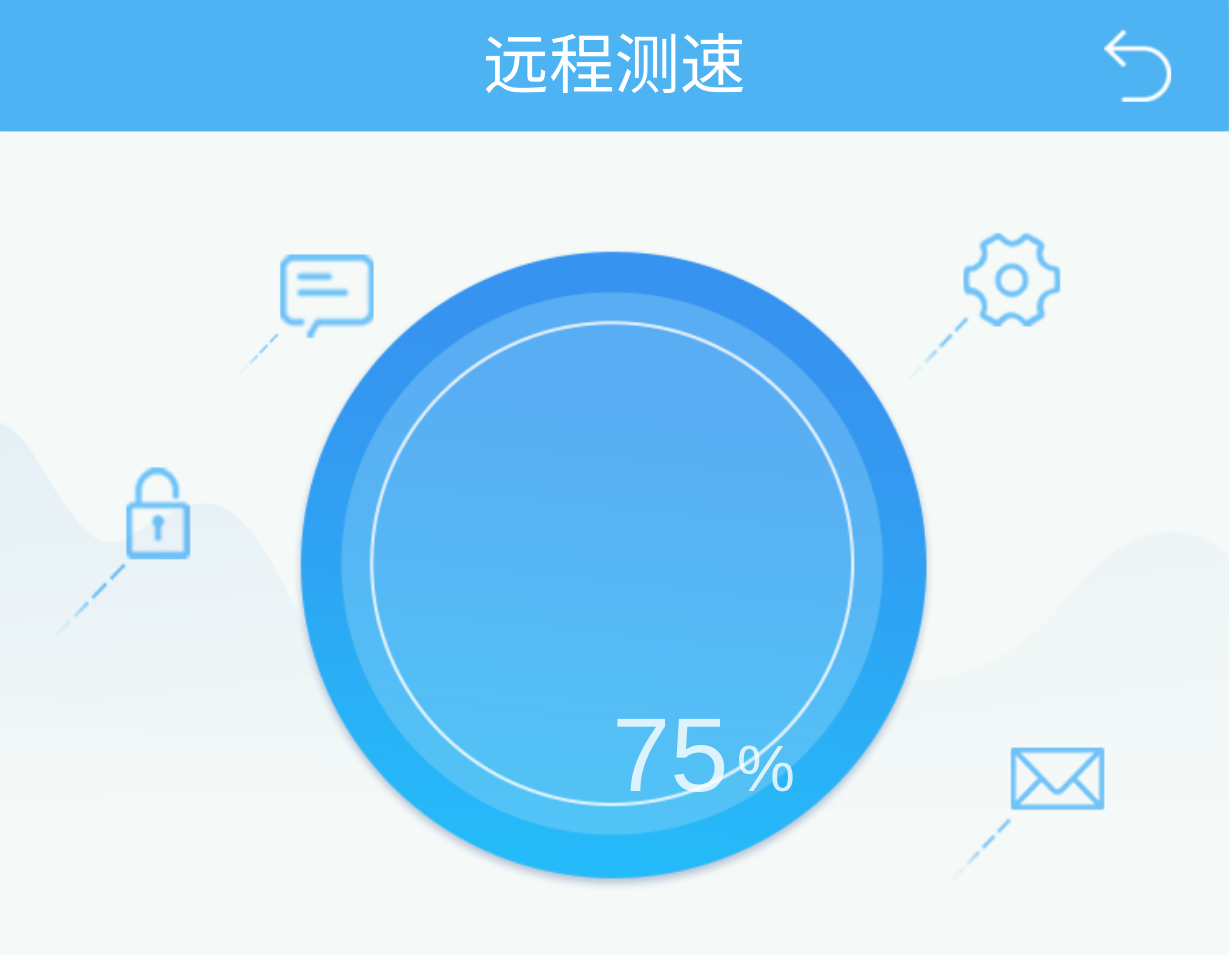
Repository: wangbiaozy/8.24
Page: index_test1.html
The author's editor kept a copy of each file at every save. The page is drawn from the files as they stood at one save, then again after the next save.
The browser window is 1280 px wide. The pictures show the whole page, at 96% of full size.

Above is the page before, as saved 2018-08-23 18:22:14.

### index_test1.html
<!DOCTYPE html>
<html lang="en">
<head>
    <meta charset="UTF-8">
    <meta name="viewport"
          content="width=device-width, user-scalable=no, initial-scale=1.0, maximum-scale=1.0, minimum-scale=1.0">
    <title>Title</title>
    <link rel="stylesheet" href="css/reset.min.css">
    <link rel="stylesheet/less" href="css/styles_test1.less">
    <script src="js/less-1.7.0.min.js"></script>
</head>
<body>
    <header>
        <p>远程测速</p>
        <a class="back" href="javascript:void(0)"></a>
    </header>
    <main>
        <div class="circle">
            <div class="progress_1">
                <p><span>75</span>%</p>
            </div>
        </div>
    </main>
</body>
</html>
<script src="js/jquery-1.10.1.min.js"></script>
<script src="js/circle-progress.min.js"></script>
<script src="js/index.js"></script>

### css/reset.min.css
@charset "utf-8";
/*默认样式清除和初始化*/
body,h1,h2,h3,h4,h5,h6,hr,p,blockquote,dl,dt,dd,ul,ol,li,button,input,textarea,th,td{margin:0;padding:0}body{font-size:12px;font-style:normal;font-family:"\5FAE\8F6F\96C5\9ED1",Helvetica,sans-serif}small{font-size:12px}h1{font-size:18px}h2{font-size:16px}h3{font-size:14px}h4,h5,h6{font-size:100%}ul,ol{list-style:none}a{text-decoration:none;background-color:transparent}a:hover,a:active{outline-width:0;text-decoration:none}table{border-collapse:collapse;border-spacing:0}hr{border:0;height:1px}img{border-style:none}img:not([src]){display:none}svg:not(:root){overflow:hidden}html{-webkit-touch-callout:none;-webkit-text-size-adjust:100%}input,textarea,button,a{-webkit-tap-highlight-color:rgba(0,0,0,0)}article,aside,details,figcaption,figure,footer,header,main,menu,nav,section,summary{display:block}audio,canvas,progress,video{display:inline-block}audio:not([controls]),video:not([controls]){display:none;height:0}progress{vertical-align:baseline}mark{background-color:#ff0;color:#000}sub,sup{position:relative;font-size:75%;line-height:0;vertical-align:baseline}sub{bottom:-0.25em}sup{top:-0.5em}button,input,select,textarea{font-size:100%;outline:0}button,input{overflow:visible}button,select{text-transform:none}textarea{overflow:auto}button,html [type="button"],[type="reset"],[type="submit"]{-webkit-appearance:button}button::-moz-focus-inner,[type="button"]::-moz-focus-inner,[type="reset"]::-moz-focus-inner,[type="submit"]::-moz-focus-inner{border-style:none;padding:0}button:-moz-focusring,[type="button"]:-moz-focusring,[type="reset"]:-moz-focusring,[type="submit"]:-moz-focusring{outline:1px dotted ButtonText}[type="checkbox"],[type="radio"]{box-sizing:border-box;padding:0}[type="number"]::-webkit-inner-spin-button,[type="number"]::-webkit-outer-spin-button{height:auto}[type="search"]{-webkit-appearance:textfield;outline-offset:-2px}[type="search"]::-webkit-search-cancel-button,[type="search"]::-webkit-search-decoration{-webkit-appearance:none}::-webkit-input-placeholder{color:inherit;opacity:.54}::-webkit-file-upload-button{-webkit-appearance:button;font:inherit}.clear:after{display:block;height:0;content:"";clear:both}
*{ -webkit-tap-highlight-color: rgba(0,0,0,0);-webkit-tap-highlight-color: transparent; /* For some Androids */ }

### js/index.js
(function (doc, win) {
    var docEl = doc.documentElement,
        resizeEvt = 'orientationchange' in window ? 'orientationchange' : 'resize',
        recalc = function () {
            var clientWidth = docEl.clientWidth;
            if (!clientWidth) return;
            docEl.style.fontSize = 100 * (clientWidth / 750) + 'px';
        };
    if (!doc.addEventListener) return;
    win.addEventListener(resizeEvt, recalc, false);
    doc.addEventListener('DOMContentLoaded', recalc, false);
})(document, window);
$(function () {

    //首页一键体检
    $('#beforeBtn').on('click',function(){
        $('.before').hide();
        $('.check').show();
        $('.progress').circleProgress({
            value: 1,
            size: 115,
            startAngle: Math.PI/2,
            thickness: 14,
            animation: {duration:12000},//进度条完成时间（ms）
            fill: {
                gradient: ["#32edfd"]
            },
            //circle-animation-start：	function(event)-event - jQ事件
            //circle-animation-progress：	function(event, animationProgress, stepValue)：-event - jQ事件 animationProgress - 从0.0到1.0stepValue - 当前的步长值，从0.0到value
            //circle-animation-end:	function(event)：-event - jQ事件
        }).on('circle-animation-progress', function (event, progress, stepValue) {
                $(this).find('span').html(parseInt(stepValue.toFixed(2) * 100));
        }).on('circle-animation-end',function(){
            $('.message').removeClass('move');
            stop();
            $('.check').hide();
            $('.result').show();
        });
        start();
        messageMove();
    });

    //远程测速


    //检查项滚动
    var messageInnerText = '1111';
    function messageScroll(){
        $('.message').children('li:first-child').remove();
        $('.message').append('<li>'+messageInnerText+'</li>');
        if(!$('.message').hasClass('move')){
            window.clearInterval(timer);
        }
    }
    function messageMove(){
        timer = window.setInterval(messageScroll,500);
    }


    //检测时间
    var hour,minute,second;
    hour=minute=second=0;
    var millisecond=0;
    var int;
    function start(){
        int=setInterval(times,50);
    }
    function times(){
        millisecond=millisecond+50;
        if(millisecond>=1000){
            millisecond=0;
            second=second+1;
        }
        if(second>=60){
            second=0;
            minute=minute+1;
        }

        if(minute>=60){
            minute=0;
            hour=hour+1;
        }
      $('#timeText').text((hour<10?"0"+hour:hour)+':'+(minute<10?"0"+minute:minute)+':'+(second<10?"0"+second:second));
    }
    function stop(){
        window.clearInterval(int);
    }


    //查看详细清单下拉
    $('.arrow').on('click',function(){
        var $this = $(this),
            $listBox = $(this).siblings('div');
        $listBox.slideToggle("normal",function(){
            if($listBox.css('display') === 'block'){
                $this.addClass('act');
                $this.siblings('p').css('opacity','0');
            }else{
                $this.removeClass('act');
                $this.siblings('p').css('opacity','1');
            }
        });
    });



    //网关重启 WIFI开关 LED指示灯开关 查看黑名单
    $('#controlBox').on('click','a',function(){
        var $this = $(this);
        if($this.hasClass('off')){
            $this.removeClass('off');
        }else{
            $this.addClass('off');
        }
    });

    $('#look_blacklist').on('click',function(){
        $('.blacklistModel').show();
    });

    //返回
    $('.back').on('click',function(){
        window.history.go(-1);
    });
    //关闭弹窗
    $('.close').on('click',function(){
        $(this).parent().hide();
        hideMask();
    });
    //显示遮罩层
    function showMask(){
        $("#mask").css("height",$(document).height());
        $("#mask").css("width",$(document).width());
        $("#mask").show();
        $('body').css('position','fixed');
    }
    //隐藏遮罩层
    function hideMask(){
        $("#mask").hide();
        $('body').css('position','unset');
    }
});

Loaded but not shown: js/less-1.7.0.min.js (library); js/jquery-1.10.1.min.js (library); js/circle-progress.min.js (library)

After the next save:
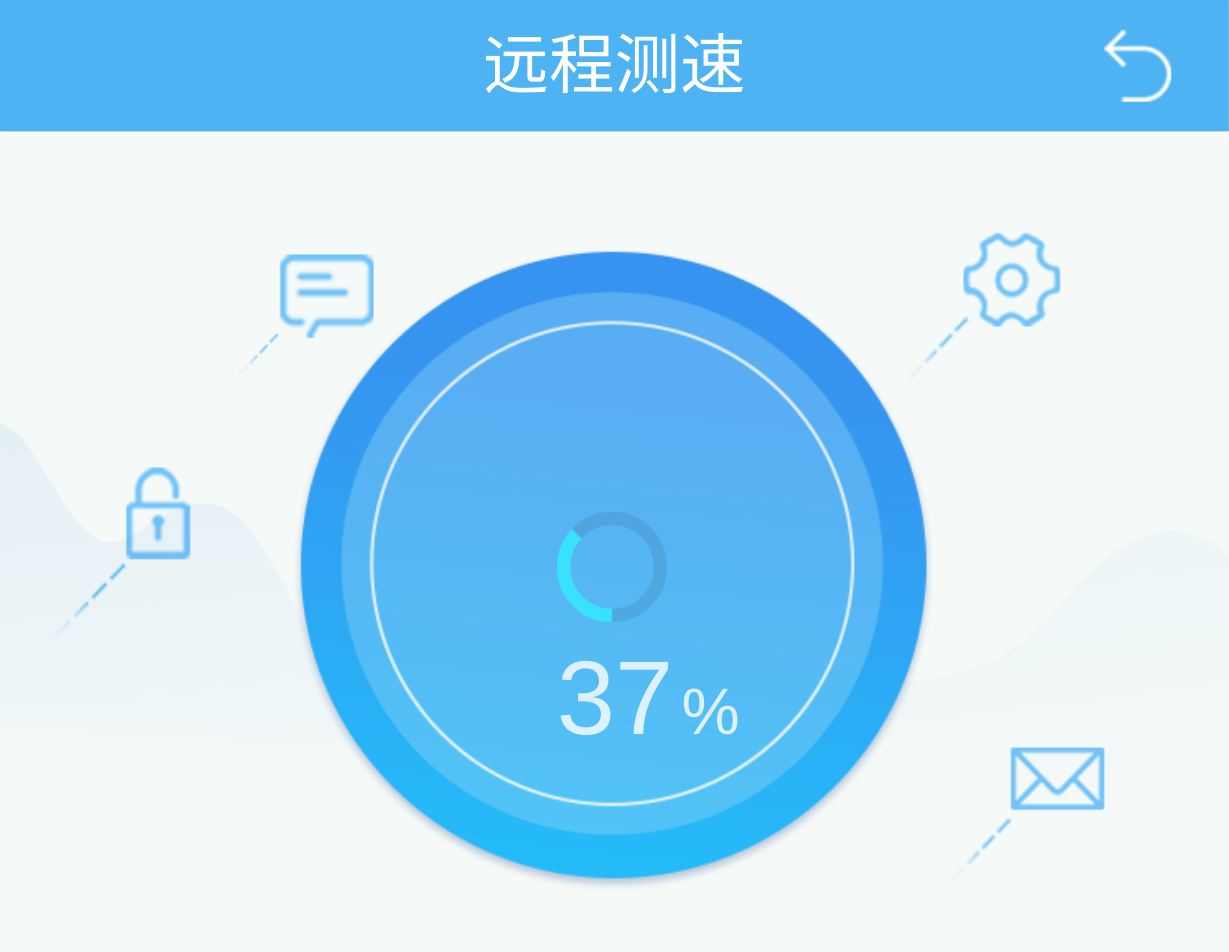
Saved 67 s later.
--- a/js/index.js
+++ b/js/index.js
@@ -41,7 +41,26 @@ $(function () {
     });
 
     //远程测速
-
+    $('.progress_1').circleProgress({
+        value: 1,
+        size: 115,
+        startAngle: Math.PI/2,
+        thickness: 14,
+        animation: {duration:12000},//进度条完成时间（ms）
+        fill: {
+            gradient: ["#32edfd"]
+        },
+        //circle-animation-start：	function(event)-event - jQ事件
+        //circle-animation-progress：	function(event, animationProgress, stepValue)：-event - jQ事件 animationProgress - 从0.0到1.0stepValue - 当前的步长值，从0.0到value
+        //circle-animation-end:	function(event)：-event - jQ事件
+    }).on('circle-animation-progress', function (event, progress, stepValue) {
+            $(this).find('span').html(parseInt(stepValue.toFixed(2) * 100));
+    }).on('circle-animation-end',function(){
+        $('.message').removeClass('move');
+        stop();
+        $('.check').hide();
+        $('.result').show();
+    });
 
     //检查项滚动
     var messageInnerText = '1111';
